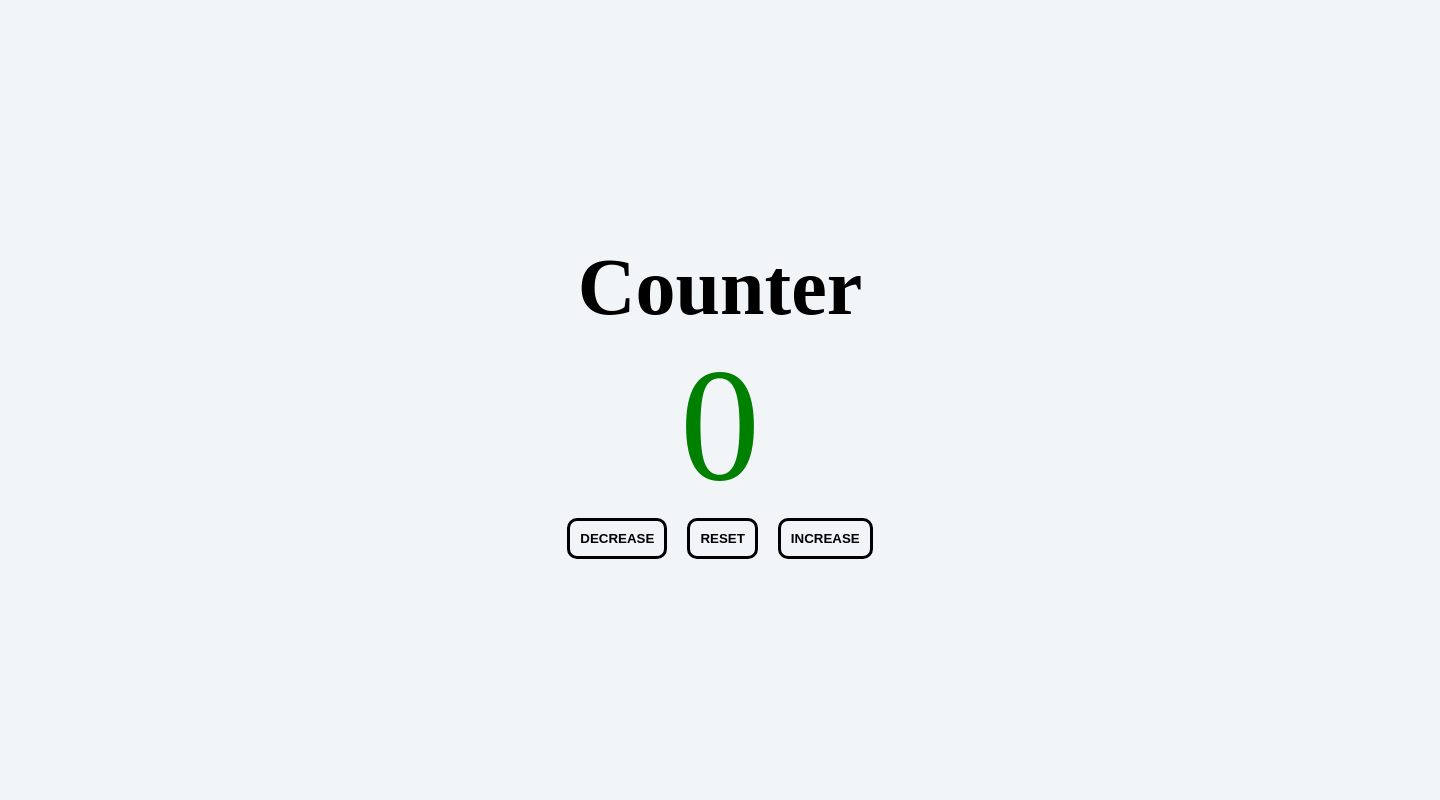
Repository: imokha01/createCounter
Page: index.html
These files come from the project's save history. The page is drawn as it stood at one moment and after a run of saves; the edit follows.
The browser window is 1280 px wide. The page is 1440 px wide, so the pictures cover 1440 px, including what lies to the right of the window. The pictures show the whole page.

Above is the page before, as saved 2024-01-18 08:54:40.

After the next 3 saves:
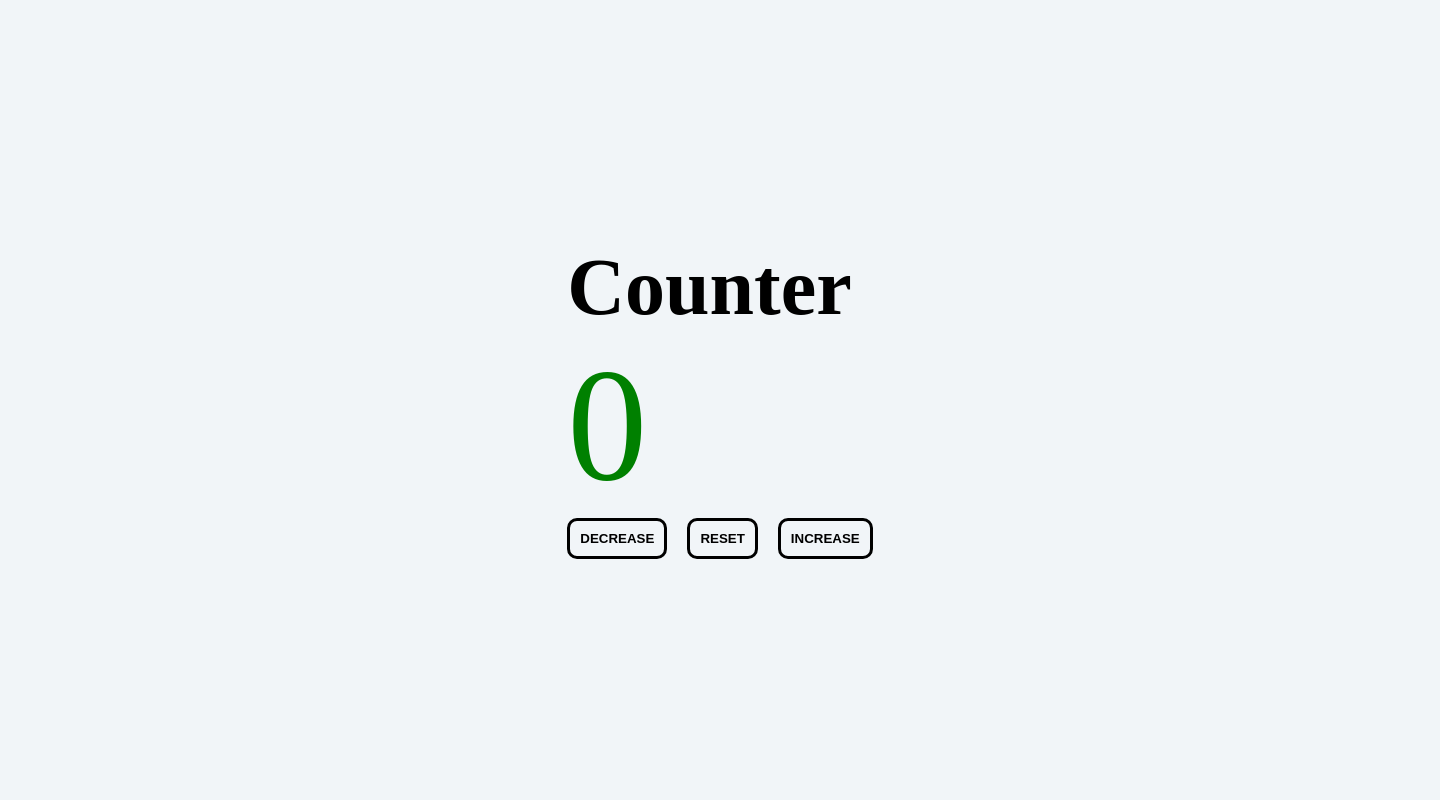
The 3 saves are shown as one change because they came seconds apart.
The last was saved 21 s later.
--- a/index.html
+++ b/index.html
@@ -9,14 +9,13 @@
   <body>
     <div class="main">
       <div class="container">
-
-      </div>
-      <h1>Counter</h1>
-      <div id="countDisplay" value="0">0</div>
-      <div class="controls">
-        <button  class="btn decrease">DECREASE</button>
-        <button  class="btn reset">RESET</button>
-        <button id="" class="btn increase">INCREASE</button>
+        <h1>Counter</h1>
+        <div id="countDisplay" value="0">0</div>
+        <div class="controls">
+          <button  class="btn decrease">DECREASE</button>
+          <button  class="btn reset">RESET</button>
+          <button id="" class="btn increase">INCREASE</button>
+        </div>
       </div>
     </div>
     <script src="./index.js"></script>
